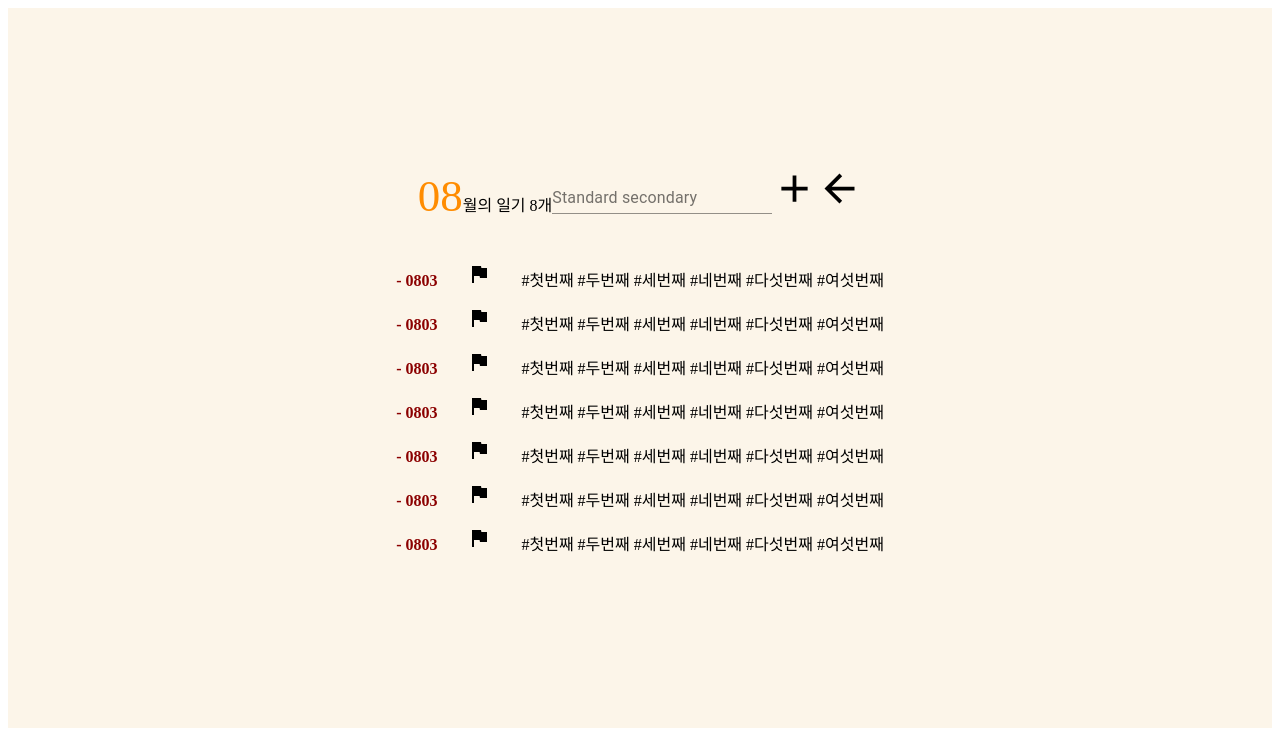
Repository: IMHANA/diary
Page: /list
These files come from the project's save history. The page is drawn as it stood at one moment and after the next save; the edit follows.
The browser window is 1280 px wide. The pictures show the whole page.
The project was rebuilt for these pictures with package versions that can differ from the ones it lists, and the page was loaded fresh each time. Also part of the build but not shown: src/App.css, src/pages/Main/main.js, src/pages/Month/month.js.

Above is the page before, as saved 2021-08-05 17:40:55.

After the next save:
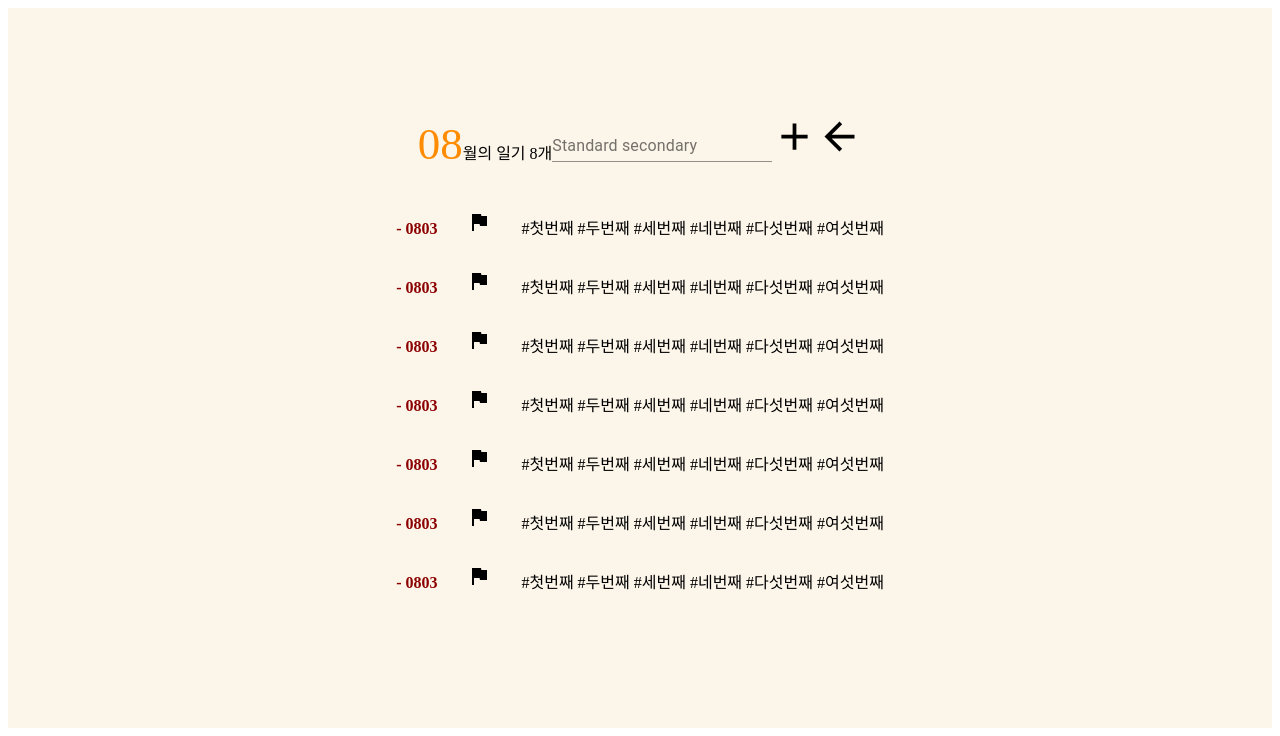
Saved 19 s later.
--- a/src/pages/DayList/dayList.css
+++ b/src/pages/DayList/dayList.css
@@ -23,7 +23,7 @@
     align-items: center;
 }
 .list_box {
-    margin-bottom: 15px;
+    margin-bottom: 30px;
 }
 .icon {
     padding: 0 30px 0 30px;
